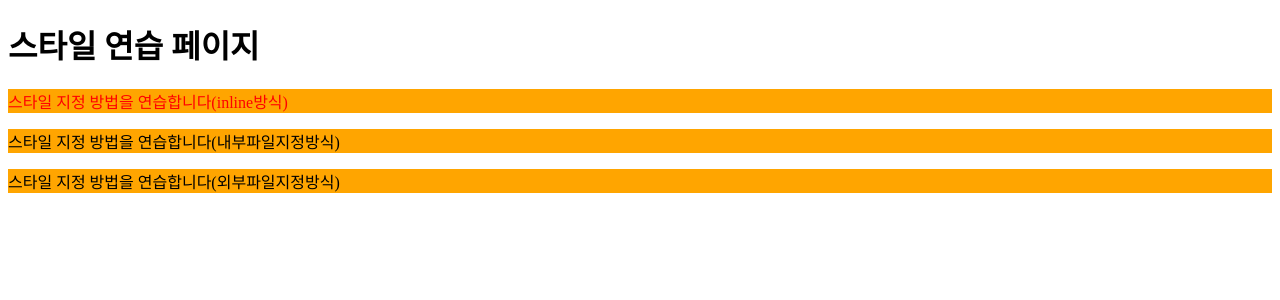
Repository: Kray273/JSLab
Page: css/src/main/webapp/Day97/start.html
The author's editor kept a copy of each file at every save. The page is drawn from the files as they stood at one save, then again after the next save.
The browser window is 1280 px wide. The pictures show the whole page.

Above is the page before, as saved 2022-11-25 02:23:05.

### css/src/main/webapp/Day97/start.html
<!DOCTYPE html>
<html>
<head>
<meta charset="UTF-8">
<title>CSS</title>
<style type="text/css">
	/* css문법 */
	/* 선택자 {파라미터:값} */
	p {background-color: orange; }

</style>

</head>
<body>
<h1> 스타일 연습 페이지</h1>
<p style="color: red;"> 스타일 지정 방법을 연습합니다(inline방식)</p>
<p> 스타일 지정 방법을 연습합니다(내부파일지정방식)</p>
<p> 스타일 지정 방법을 연습합니다(외부파일지정방식)</p>
</body>
</html>

After the next save:
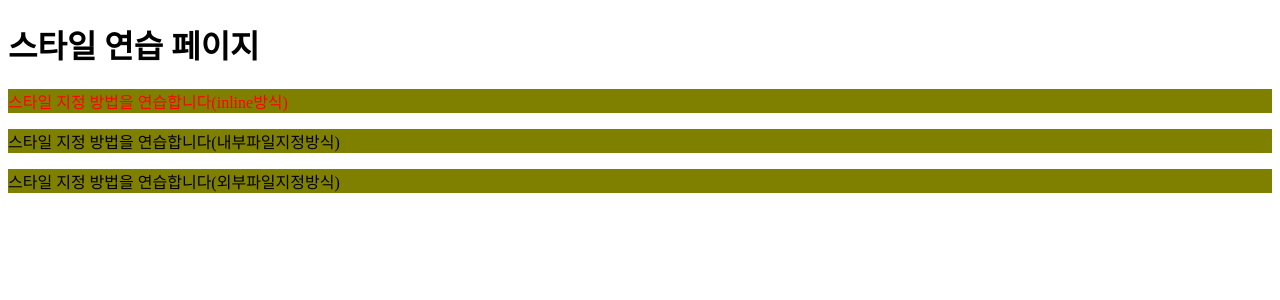
Saved 42 s later.
--- a/css/src/main/webapp/Day97/start.html
+++ b/css/src/main/webapp/Day97/start.html
@@ -6,7 +6,7 @@
 <style type="text/css">
 	/* css문법 */
 	/* 선택자 {파라미터:값} */
-	p {background-color: orange; }
+	p {background-color: olive; }
 
 </style>
 
